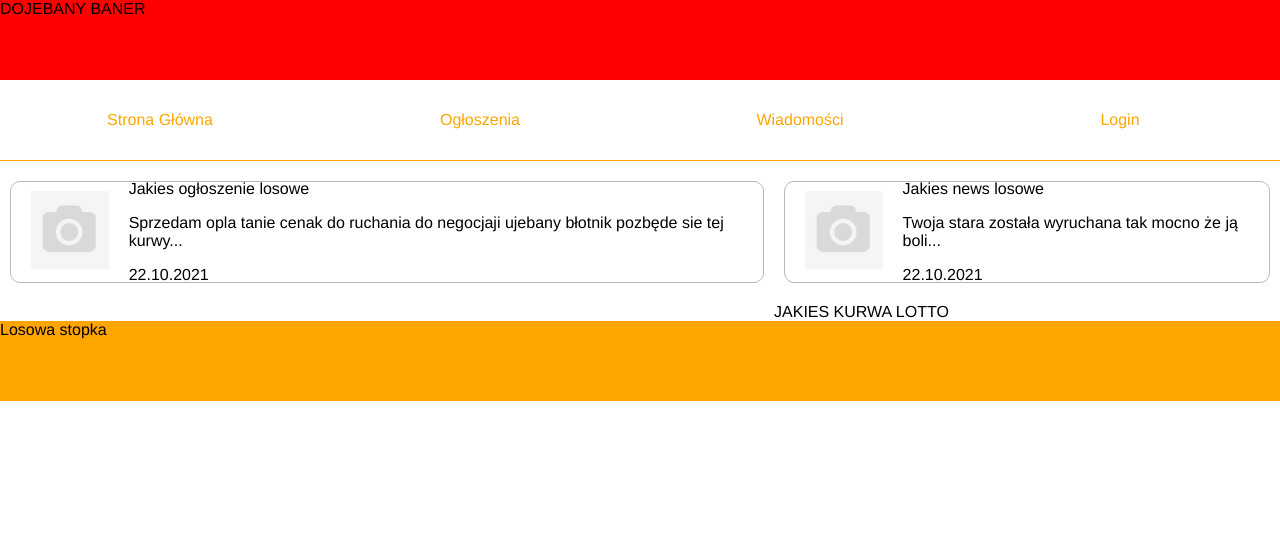
Repository: PatrykStawik/projectppz
Page: /
The author's editor kept a copy of each file at every save. The page is drawn from the files as they stood at one save, then again after the next save.
The browser window is 1280 px wide. The pictures show the whole page.
The project was rebuilt for these pictures with package versions that can differ from the ones it lists, and the page was loaded fresh each time. The framework's server and built-in components were replaced by stand-ins that run in the browser.

Above is the page before, as saved 2021-05-22 14:01:46.

### pages/_app.tsx
import React from 'react';
import type { AppProps } from 'next/app';
import { GlobalStyle } from '../styles/globalStyles';
import { Header } from '../components/Header';
import { Footer } from '../components/Footer'

function MyApp({ Component, pageProps }: AppProps) {
  return (
    <>
      <GlobalStyle />
      <Header/>
        <Component {...pageProps} />
      <Footer/>
    </>
  );
}

// eslint-disable-next-line import/no-default-export
export default MyApp;

### pages/_document.tsx
import React from 'react';
import Document, { DocumentContext, DocumentInitialProps } from 'next/document';
import { ServerStyleSheet } from 'styled-components';

class MyDocument extends Document {
  static async getInitialProps(ctx: DocumentContext): Promise<DocumentInitialProps> {
    const sheet = new ServerStyleSheet();
    const originalRenderPage = ctx.renderPage;

    try {
      ctx.renderPage = () =>
        originalRenderPage({
          enhanceApp: App => props => sheet.collectStyles(<App {...props} />),
        });

      const initialProps = await Document.getInitialProps(ctx);
      return {
        ...initialProps,
        styles: (
          <>
            {initialProps.styles}
            {sheet.getStyleElement()}
          </>
        ),
      };
    } finally {
      sheet.seal();
    }
  }
}

// eslint-disable-next-line import/no-default-export
export default MyDocument;

### pages/index.tsx
import React from 'react';
import { IndexPage } from '../components/IndexPage';

const index = () => <IndexPage />;

// eslint-disable-next-line import/no-default-export
export default index;

### styles/globalStyles.ts
import { createGlobalStyle } from 'styled-components';

export const GlobalStyle = createGlobalStyle`
  body {
    margin: 0;
    padding: 0;
    font-family: Open-Sans, Helvetica, Sans-Serif;
  }
`;

### components/IndexPage/index.tsx
export { IndexPage } from './IndexPage';

### components/Header/Header.tsx
import React from 'react';
import styled from 'styled-components';
import { colors } from '../../styles/colors';
import { centerText, setFlex } from '../../styles/functions';
import { NextLink } from '../common/NextLink';

const Wrapper = styled.header`
  .baner {
    height: 80px;
    background-color: ${colors.red};
  }
  .menu {
    ${setFlex('column')}
    height: 80px;
    border-bottom: 1px solid ${colors.orange};
    .menuItem {
      flex: 1;
      height: 100%;
      ${centerText(80)};
      background-color: ${colors.white};
      color: ${colors.orange};
      cursor: pointer;
      transition: .5s all;
      &:hover{
        font-weight: bold;
      }
    }
  }
`;

const data = [
  { title: 'Strona Główna', href: '/' },
  { title: 'Ogłoszenia', href: '/ogloszenia' },
  { title: 'Wiadomości', href: '/wiadomosci' },
  { title: 'Login', href: '/login' },
];

export const Header = () => {
  return (
    <Wrapper>
      <div className="baner">DOJEBANY BANER</div>
      <div className="menu">
        {data.map(({ title, href }) => (
          <NextLink href={href} key={title}>
            <div className="menuItem">{title}</div>
          </NextLink>
        ))}
      </div>
    </Wrapper>
  );
};

### components/Footer/Footer.tsx
import React from 'react';
import styled from 'styled-components';
import { colors } from '../../styles/colors';

const Wrapper = styled.footer`
    height: 80px;
    background-color: ${colors.orange};
`;

export const Footer = () => {
  return (
    <Wrapper>
      Losowa stopka
    </Wrapper>
  );
};

### components/IndexPage/IndexPage.tsx
import React from 'react';
import styled from 'styled-components';
import { Bar } from '../common/Bar';
import { setFlex } from '../../styles/functions';

const Wrapper = styled.div`
  ${setFlex()}
  .advertisement{
    border: 1px solid gray;
  }
  .container{

  }
`;

export const IndexPage = () => {
  return (
    <Wrapper>
      <div className="advertisement">
        <Bar
          title="Jakies ogłoszenie losowe"
          content="Sprzedam opla tanie cenak do ruchania do negocjaji ujebany błotnik pozbęde sie tej kurwy"
          date="22.10.2021"
        />
      </div>
      <div className="container">
        <div className="news">
          <Bar
            title="Jakies news losowe"
            content="Twoja stara została wyruchana tak mocno że ją boli"
            date="22.10.2021"
          />
        </div>
        <div className="lotto">JAKIES KURWA LOTTO</div>
      </div>
    </Wrapper>
  );
};

### styles/colors.ts
export const colors = {
  white: "white",
  black: "black",
  red: "red",
  orange: "orange",
  gray: "#b8b7b7"
}

### styles/functions.ts
export const centerText = (height: number) => {
  return `text-align: center;
  line-height: ${height}px`
}

export const setFlex = (type: "row" | "column" = "row") => {
  return `display: flex; flex-direction: ${type}`
}

### components/common/NextLink/index.tsx
export { NextLink } from './NextLink';

### components/common/Bar/index.tsx
export { Bar } from './Bar';

### components/common/NextLink/NextLink.tsx
import React from 'react';
import Link from 'next/link';
import styled from 'styled-components';
import { colors } from '../../../styles/colors';

const StyledLink = styled.a`
  color: ${colors.black};
  text-decoration: none;
  width: 100%;
`;

interface Props {
  href: string;
}

export const NextLink: React.FC<Props> = ({ children, href }) => {
  return (
    <Link href={href}>
      <StyledLink>{children}</StyledLink>
    </Link>
  );
};

### components/common/Bar/Bar.tsx
import React from 'react';
import Image from 'next/image';
import styled from 'styled-components';
import { setFlex } from '../../../styles/functions';
import { colors } from '../../../styles/colors';

interface Props {
  title: string;
  content: string;
  date: string;
}

const Wrapper = styled.div`
  height: 100px;
  border: 1px solid ${colors.gray};
  border-radius: 10px;
  margin: 20px 10px;
  ${setFlex()};
  align-items: center;
  .img{
    margin-left: 20px;
  }
  .body{
    margin-left: 20px;
  }
`;

const picture = { src: '/default.jpg', alt: 'picture', width: 80, height: 80 };

export const Bar = ({ title, content, date }: Props) => {
  return (
    <Wrapper>
      <div className="img"><Image {...picture} /></div>
      <div className="body">
        <p>{title}</p>
        <p>{content.slice(0, 100)}...</p>
        <p>{date}</p>
      </div>
    </Wrapper>
  );
};

Loaded but not shown: components/Header/index.tsx (common file); components/Footer/index.tsx (common file)

After the next save:
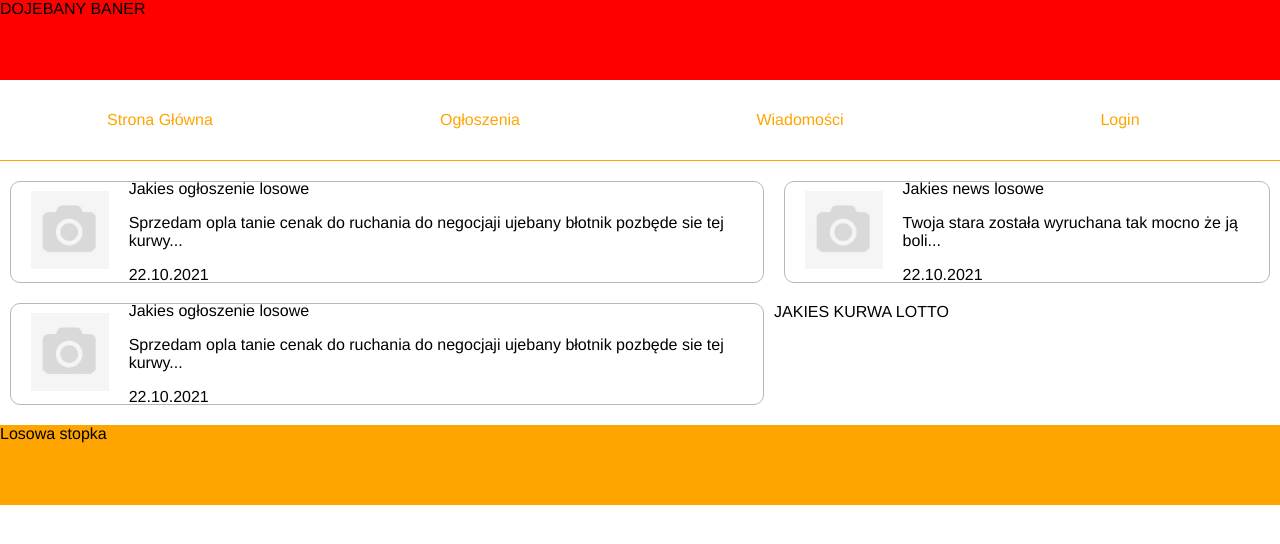
Saved 18 s later.
--- a/components/IndexPage/IndexPage.tsx
+++ b/components/IndexPage/IndexPage.tsx
@@ -22,6 +22,11 @@ export const IndexPage = () => {
           content="Sprzedam opla tanie cenak do ruchania do negocjaji ujebany błotnik pozbęde sie tej kurwy"
           date="22.10.2021"
         />
+        <Bar
+          title="Jakies ogłoszenie losowe"
+          content="Sprzedam opla tanie cenak do ruchania do negocjaji ujebany błotnik pozbęde sie tej kurwy"
+          date="22.10.2021"
+        />
       </div>
       <div className="container">
         <div className="news">
